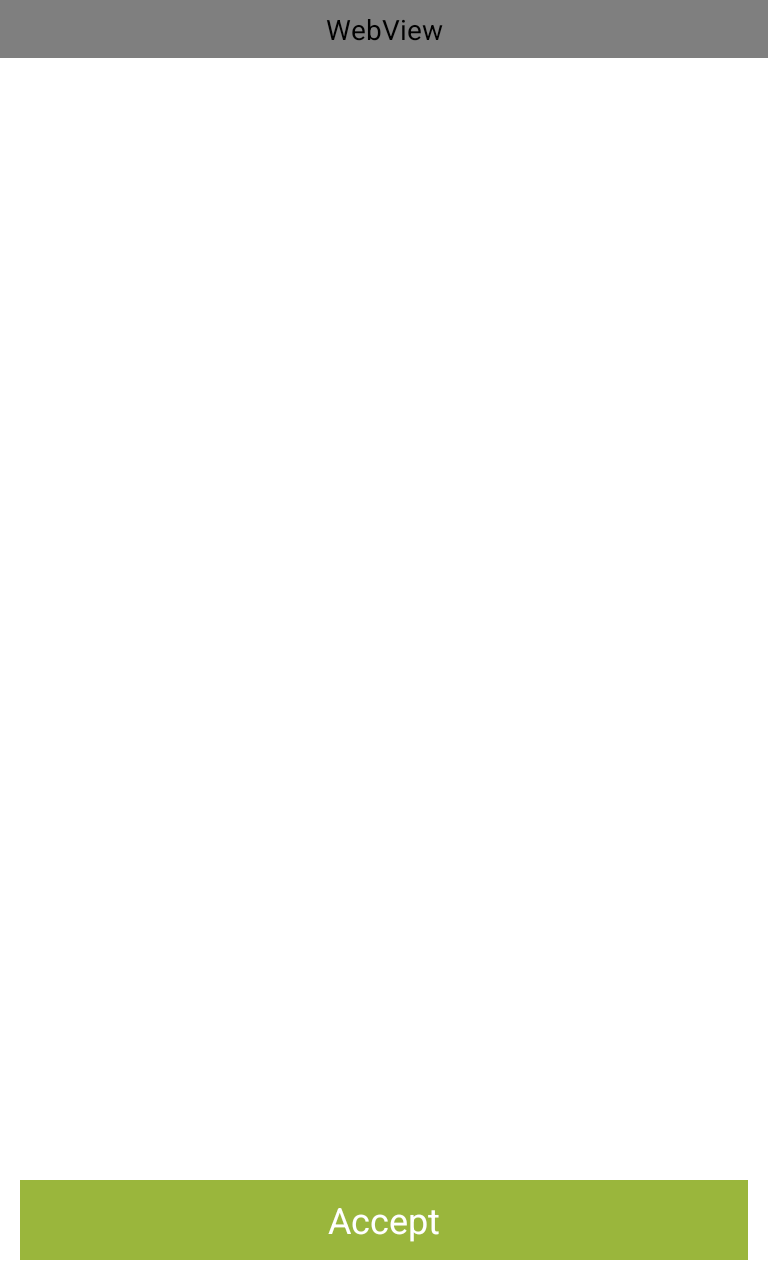
Repository: amitvikramjaiswal/amit-work
Layout: MandiTrades/MandiTradesAndroid/res/layout/activity_terms.xml
The author's editor kept a copy of each file at every save. The layout is drawn from the files as they stood at one save, then again after the next save.
Pictures or frames that could not be fetched are drawn as grey boxes. It is drawn on a 768 x 1280 px phone screen (xhdpi) without system bars, with theme AppTheme; the app's code is not run.

Above is the layout before, as saved 2014-11-14 13:56:45.

### MandiTrades/MandiTradesAndroid/res/layout/activity_terms.xml
<?xml version="1.0" encoding="utf-8"?>
<RelativeLayout xmlns:android="http://schemas.android.com/apk/res/android"
    android:layout_width="match_parent"
    android:layout_height="match_parent" >

    <ScrollView
        android:layout_width="match_parent"
        android:layout_height="match_parent"
        android:layout_marginBottom="@dimen/height_button" >

        <WebView
            android:id="@+id/terms"
            android:layout_width="match_parent"
            android:layout_height="wrap_content"
            android:padding="@dimen/padding_small"
            android:textSize="@dimen/text_size_large" />
    </ScrollView>

    <Button
        android:id="@+id/accept_btn"
        android:layout_width="match_parent"
        android:layout_height="@dimen/height_button"
        android:layout_margin="@dimen/margin_left_right"
        android:background="#ff9ab63c"
        android:layout_alignParentBottom="true"
        android:text="Accept"
        android:textColor="@android:color/white" />

</RelativeLayout>

### MandiTrades/MandiTradesAndroid/res/values/styles.xml
<resources>

    <!--
        Base application theme, dependent on API level. This theme is replaced
        by AppBaseTheme from res/values-vXX/styles.xml on newer devices.
    -->
    <style name="AppBaseTheme" parent="android:Theme.Light">
        <!--
            Theme customizations available in newer API levels can go in
            res/values-vXX/styles.xml, while customizations related to
            backward-compatibility can go here.
        -->
    </style>

    <!-- Application theme. -->
    <style name="AppTheme" parent="AppBaseTheme">

        <!-- All customizations that are NOT specific to a particular API-level can go here. -->
        <item name="titleTextStyle">@style/TitleTextStyle</item>
    </style>

    <!-- *********************************************** Custom Progress Dialog *********************************************** -->
    <style name="CustomProgressDialog" parent="android:Theme.Holo.Dialog">
        <item name="android:alertDialogStyle">@style/CustomAlertDialogStyle</item>
        <item name="android:windowBackground">@color/transparent</item>
        <item name="android:textColorPrimary">#FFFFFF</item>
        <item name="android:backgroundDimEnabled">false</item>
        <item name="android:textColor">#FFFFFF</item>
        <item name="android:textStyle">normal</item>
        <item name="android:textSize">12sp</item>
    </style>

    <style name="CustomAlertDialogStyle">
        <item name="android:bottomBright">@color/transparent</item>
        <item name="android:bottomDark">@color/transparent</item>
        <item name="android:bottomMedium">@color/transparent</item>
        <item name="android:centerBright">@color/transparent</item>
        <item name="android:centerDark">@color/transparent</item>
        <item name="android:centerMedium">@color/transparent</item>
        <item name="android:fullBright">@color/transparent</item>
        <item name="android:fullDark">@color/transparent</item>
        <item name="android:topBright">@color/transparent</item>
        <item name="android:topDark">@color/transparent</item>
    </style>

    <style name="TitleTextStyle" parent="@style/TextAppearance.AppCompat.Widget.ActionBar.Title">
        <item name="android:gravity">center</item>
    </style>

</resources>

### MandiTrades/MandiTradesAndroid/res/values-sw600dp/dimens.xml
<resources>

    <!--
         Customize dimensions originally defined in res/values/dimens.xml (such as
         screen margins) for sw600dp devices (e.g. 7" tablets) here.
    -->
    <dimen name="activity_horizontal_margin">16dp</dimen>
    <dimen name="activity_vertical_margin">16dp</dimen>
    <dimen name="text_size_normal">18sp</dimen>
    <dimen name="text_size_small">14sp</dimen>
    <dimen name="text_size_large">22sp</dimen>
    <dimen name="width_small_field_1">150dp</dimen>
    <dimen name="width_small_field_2">100dp</dimen>
    <dimen name="height_row">50dp</dimen>
    <dimen name="height_button">70dp</dimen>
    <dimen name="margin_left_right">10dp</dimen>
    <dimen name="margin_address">20dp</dimen>
    <dimen name="width_large_field">260dp</dimen>
    <dimen name="size_icon">50dp</dimen>
    <dimen name="text_size_heading">22sp</dimen>

    <!-- Main Menu -->

    <dimen name="height_main_menu_ll">230dp</dimen>
    <dimen name="width_main_menu_ll">230dp</dimen>
    <dimen name="size_alert_main_menu_icon">130dp</dimen>
    <dimen name="size_main_menu_icon">130dp</dimen>
    <dimen name="padding_main_menu_icon">30dp</dimen>
    <dimen name="padding_main_menu_layout">15dp</dimen>
    <dimen name="size_main_menu_icon_rl">142dp</dimen>
    <dimen name="slidermenu_width">250dp</dimen>

    <!-- New Sale Commodity Page -->

    <dimen name="height_commodity_title">45dp</dimen>
    <dimen name="padding_commodity_title">5dp</dimen>
    <dimen name="text_size_commodity_title">20sp</dimen>

    <!-- New Sale Horizontal Scroll Template -->

    <dimen name="width_image_view">120dp</dimen>
    <dimen name="height_image_view">120dp</dimen>
    <dimen name="width_text_view">120dp</dimen>
    <dimen name="height_text_view">20dp</dimen>
    <dimen name="text_size_commodity_name">18sp</dimen>

    <!-- New Sale Post Page -->
    <dimen name="width_label_column">160dp</dimen>
    <dimen name="image_height">300dp</dimen>
    <dimen name="padding_image">5dp</dimen>
    <dimen name="padding_normal">10dp</dimen>
    <dimen name="padding_small">5dp</dimen>
    <dimen name="text_size_timer">30sp</dimen>

    <!-- NEWS Page -->
    <dimen name="width_news_image">120dp</dimen>
    <dimen name="height_news_image">80dp</dimen>
    <dimen name="cart_label_radious">15dp</dimen>
    <dimen name="home_screen_first_row_top_margin">12dp</dimen>
    <dimen name="main_menu_top_margin">50dp</dimen>

    <!-- Image Upload -->

    <dimen name="height_image_upload_layout">140dp</dimen>
    <dimen name="height_image_upload_icon">110dp</dimen>

</resources>

### MandiTrades/MandiTradesAndroid/res/values-sw720dp/dimens.xml
<resources>

    <!--
         Customize dimensions originally defined in res/values/dimens.xml (such as
         screen margins) for sw600dp devices (e.g. 7" tablets) here.
    -->
    <dimen name="activity_horizontal_margin">16dp</dimen>
    <dimen name="activity_vertical_margin">16dp</dimen>
    <dimen name="text_size_normal">16sp</dimen>
    <dimen name="text_size_small">14sp</dimen>
    <dimen name="text_size_large">18sp</dimen>
    <dimen name="width_small_field_1">150dp</dimen>
    <dimen name="width_small_field_2">100dp</dimen>
    <dimen name="height_row">50dp</dimen>
    <dimen name="height_button">70dp</dimen>
    <dimen name="margin_left_right">10dp</dimen>
    <dimen name="margin_address">20dp</dimen>
    <dimen name="width_large_field">260dp</dimen>
    <dimen name="size_icon">50dp</dimen>
    <dimen name="text_size_heading">22sp</dimen>

    <!-- Main Menu -->

    <dimen name="height_main_menu_ll">230dp</dimen>
    <dimen name="width_main_menu_ll">230dp</dimen>
    <dimen name="size_alert_main_menu_icon">130dp</dimen>
    <dimen name="size_main_menu_icon">130dp</dimen>
    <dimen name="padding_main_menu_icon">30dp</dimen>
    <dimen name="padding_main_menu_layout">15dp</dimen>
    <dimen name="size_main_menu_icon_rl">142dp</dimen>
    <dimen name="slidermenu_width">250dp</dimen>

    <!-- New Sale Commodity Page -->

    <dimen name="height_commodity_title">45dp</dimen>
    <dimen name="padding_commodity_title">5dp</dimen>
    <dimen name="text_size_commodity_title">20sp</dimen>

    <!-- New Sale Horizontal Scroll Template -->

    <dimen name="width_image_view">120dp</dimen>
    <dimen name="height_image_view">120dp</dimen>
    <dimen name="width_text_view">120dp</dimen>
    <dimen name="height_text_view">20dp</dimen>
    <dimen name="text_size_commodity_name">18sp</dimen>

    <!-- New Sale Post Page -->
    <dimen name="width_label_column">140dp</dimen>
    <dimen name="image_height">300dp</dimen>
    <dimen name="padding_image">5dp</dimen>
    <dimen name="padding_normal">10dp</dimen>
    <dimen name="padding_small">5dp</dimen>
    <dimen name="text_size_timer">30sp</dimen>

    <!-- NEWS Page -->
    <dimen name="width_news_image">120dp</dimen>
    <dimen name="height_news_image">80dp</dimen>
    <dimen name="cart_label_radious">15dp</dimen>
    <dimen name="home_screen_first_row_top_margin">12dp</dimen>
    <dimen name="main_menu_top_margin">50dp</dimen>

    <!-- Image Upload -->

    <dimen name="height_image_upload_layout">140dp</dimen>
    <dimen name="height_image_upload_icon">110dp</dimen>

</resources>

### MandiTrades/MandiTradesAndroid/res/values/dimens.xml
<resources>

    <!--
         Customize dimensions originally defined in res/values/dimens.xml (such as
         screen margins) for sw600dp devices (e.g. 7" tablets) here.
    -->
    <dimen name="activity_horizontal_margin">16dp</dimen>
    <dimen name="activity_vertical_margin">16dp</dimen>

    <dimen name="text_size_notify">12sp</dimen>
    <dimen name="text_size_normal">16sp</dimen>
    <dimen name="text_size_small">14sp</dimen>
    <dimen name="text_size_large">20sp</dimen>
    <dimen name="width_small_field_1">150dp</dimen>
    <dimen name="width_small_field_2">100dp</dimen>
    <dimen name="height_row">50dp</dimen>
    <dimen name="height_button">70dp</dimen>
    <dimen name="margin_left_right">10dp</dimen>
    <dimen name="margin_address">15dp</dimen>
    <dimen name="width_large_field">260dp</dimen>
    <dimen name="size_icon">50dp</dimen>
    <dimen name="margin_right">5dp</dimen>

    <!-- Main Menu -->

    <dimen name="height_main_menu_ll">200dp</dimen>
    <dimen name="width_main_menu_ll">180dp</dimen>
    <dimen name="size_alert_main_menu_icon">130dp</dimen>
    <dimen name="size_main_menu_icon">120dp</dimen>
    <dimen name="padding_main_menu_icon">30dp</dimen>
    <dimen name="padding_main_menu_layout">15dp</dimen>
    <dimen name="size_main_menu_icon_rl">112dp</dimen>
    <dimen name="slidermenu_width">200dp</dimen>

    <!-- New Sale Commodity Page -->

    <dimen name="height_commodity_title">45dp</dimen>
    <dimen name="padding_commodity_title">5dp</dimen>
    <dimen name="text_size_commodity_title">20sp</dimen>

    <!-- New Sale Horizontal Scroll Template -->

    <dimen name="width_image_view">120dp</dimen>
    <dimen name="height_image_view">120dp</dimen>
    <dimen name="width_text_view">120dp</dimen>
    <dimen name="height_text_view">20dp</dimen>
    <dimen name="text_size_commodity_name">18sp</dimen>

    <!-- New Sale Post Page -->
    <dimen name="width_label_column">140dp</dimen>
    <dimen name="image_height">300dp</dimen>
    <dimen name="padding_image">5dp</dimen>
    <dimen name="padding_normal">10dp</dimen>
    <dimen name="padding_small">5dp</dimen>
    <dimen name="text_size_timer">30sp</dimen>

    <!-- NEWS Page -->
    <dimen name="width_news_image">120dp</dimen>
    <dimen name="height_news_image">80dp</dimen>
    <dimen name="cart_label_radious">15dp</dimen>

    <dimen name="home_screen_first_row_top_margin">12dp</dimen>
    <dimen name="main_menu_top_margin">30dp</dimen>
    <dimen name="height_comment_box">80dp</dimen>
     <dimen name="text_size_heading">20sp</dimen>
     <dimen name="padding_very_small">2dp</dimen>

       <!-- Image Upload -->

    <dimen name="height_image_upload_layout">85dp</dimen>
    <dimen name="height_image_upload_icon">55dp</dimen>

</resources>

Loaded but not shown: MandiTrades/MandiTradesAndroid/res/values-v11/styles.xml (common file); MandiTrades/MandiTradesAndroid/res/values-v14/styles.xml (common file)

After the next save:
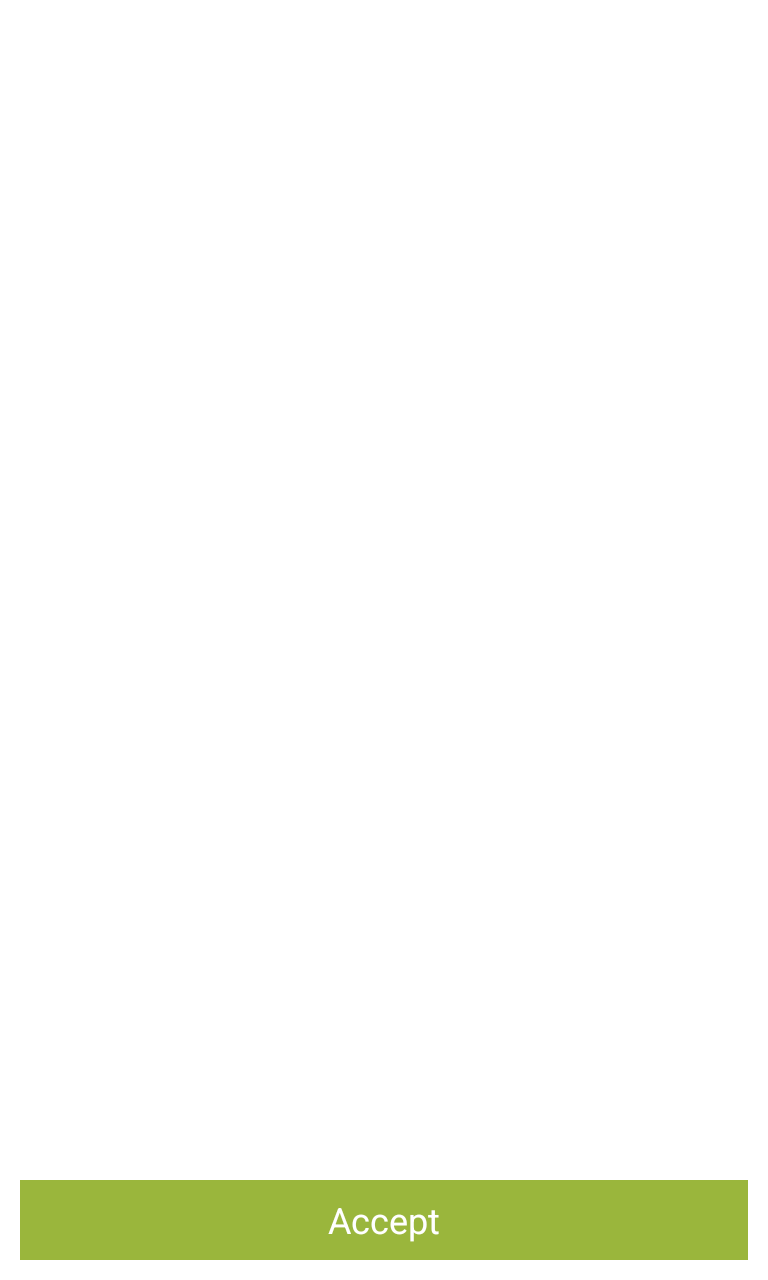
Saved 15 s later.
--- a/MandiTrades/MandiTradesAndroid/res/layout/activity_terms.xml
+++ b/MandiTrades/MandiTradesAndroid/res/layout/activity_terms.xml
@@ -5,7 +5,7 @@
 
     <ScrollView
         android:layout_width="match_parent"
-        android:layout_height="match_parent"
+        android:layout_height="0dp"
         android:layout_marginBottom="@dimen/height_button" >
 
         <WebView

After the save that followed:
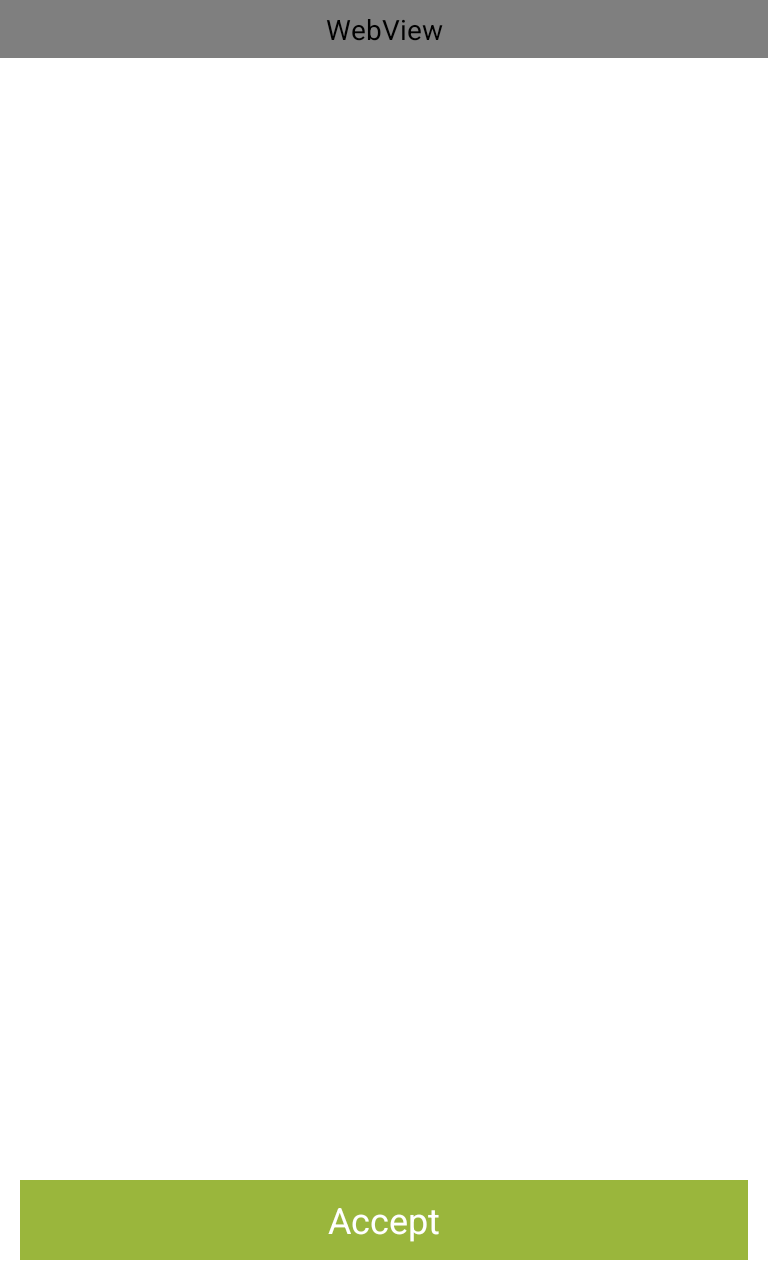
Saved 14 s later.
--- a/MandiTrades/MandiTradesAndroid/res/layout/activity_terms.xml
+++ b/MandiTrades/MandiTradesAndroid/res/layout/activity_terms.xml
@@ -5,7 +5,7 @@
 
     <ScrollView
         android:layout_width="match_parent"
-        android:layout_height="0dp"
+        android:layout_height="match_parent"
         android:layout_marginBottom="@dimen/height_button" >
 
         <WebView
